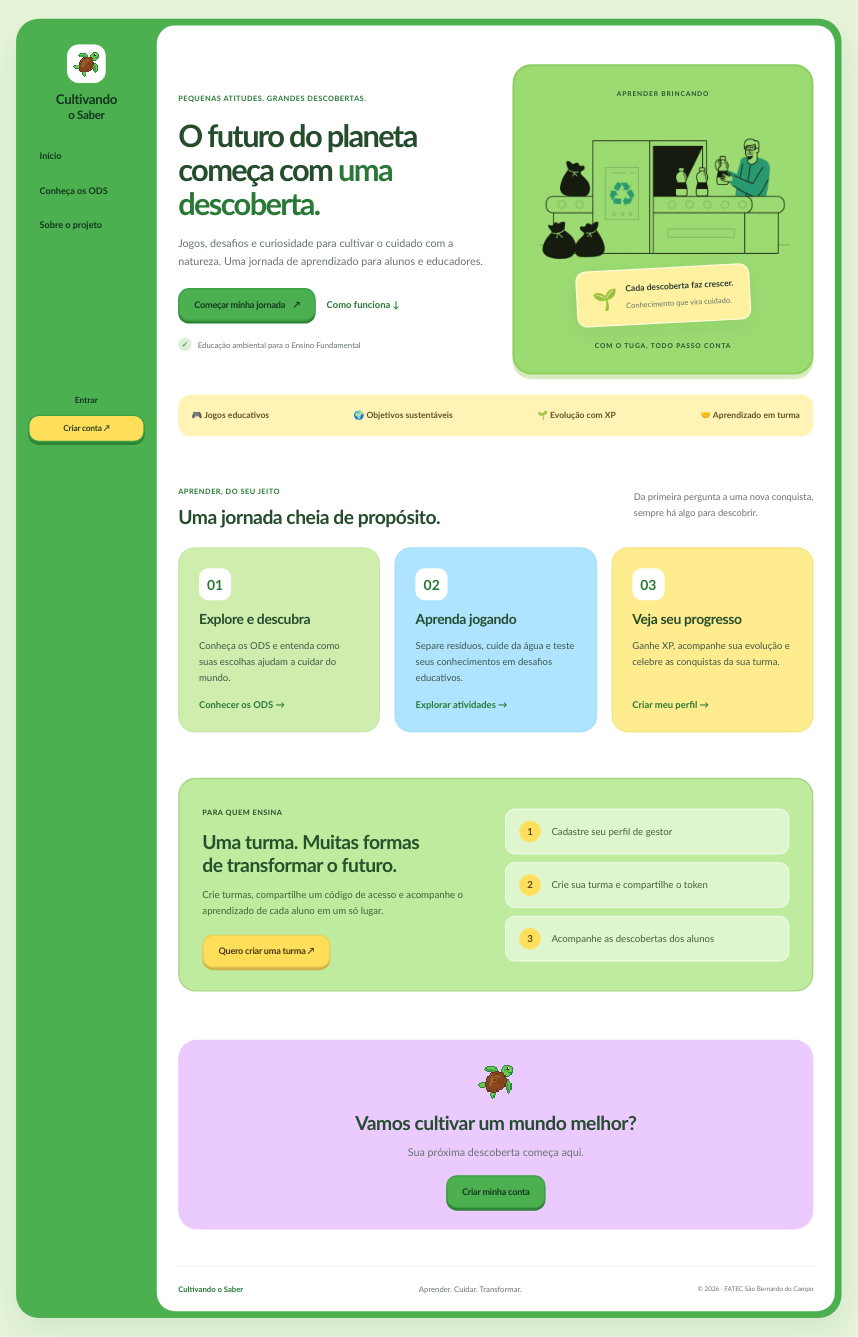
Repository: allerim-03/Jogo-ODS---TCC
Page: TCC-V4/TCC/public/pages/public/home.html
The author's editor kept a copy of each file at every save. The page is drawn from the files as they stood at one save, then again after the next save.
The browser window is 1280 px wide. The pictures show the whole page, at 67% of full size.

Above is the page before, as saved 2026-10-13 14:58:47.

After the next save:
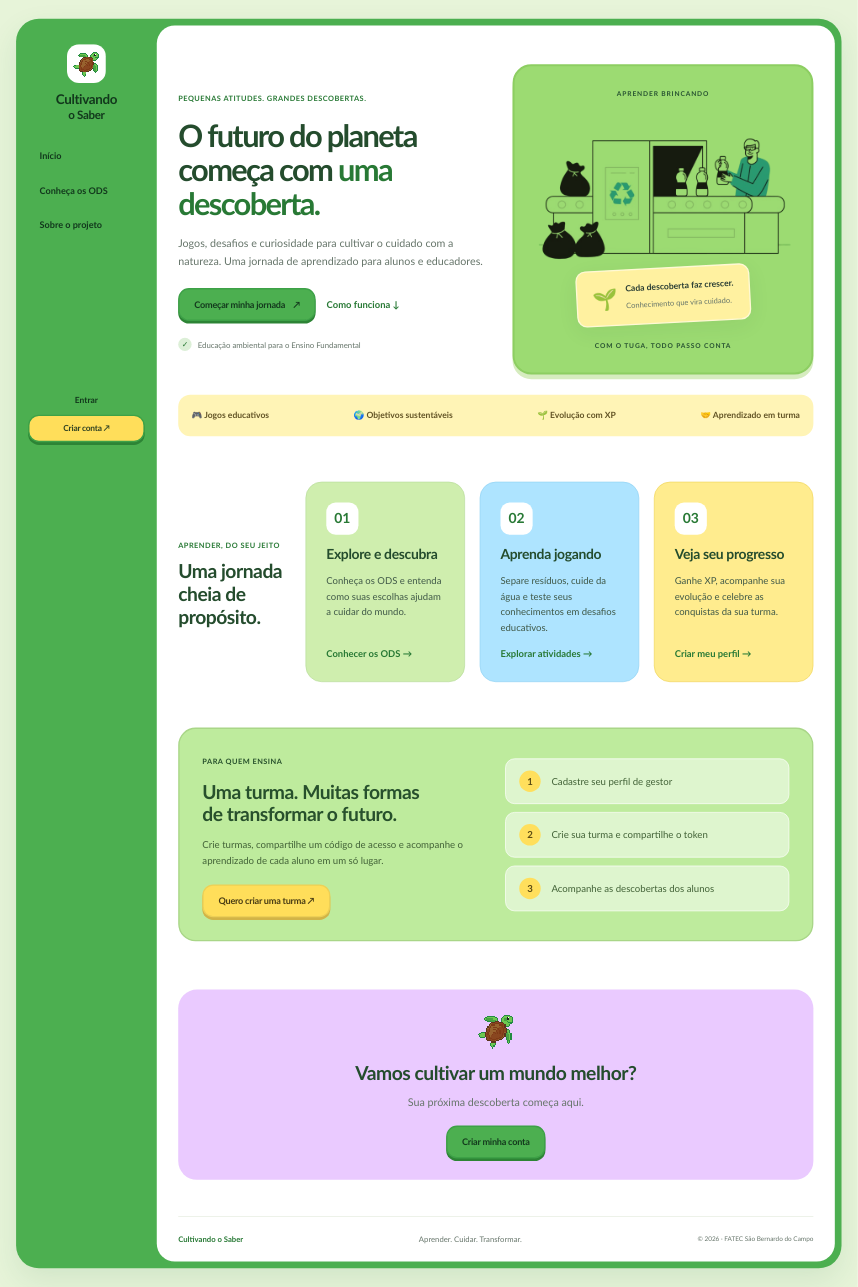
Saved 4 min 36 s later.
--- a/TCC-V4/TCC/public/pages/public/home.html
+++ b/TCC-V4/TCC/public/pages/public/home.html
@@ -14,7 +14,7 @@
  <div class="hero-art"><span class="orbit-label orbit-top">APRENDER BRINCANDO</span><img src="/assets/images/Home1.png" alt="Personagens do Cultivando o Saber em uma aventura na natureza"><div class="hero-art-caption"><span>🌱</span><div><strong>Cada descoberta faz crescer.</strong><small>Conhecimento que vira cuidado.</small></div></div><span class="orbit-label orbit-bottom">COM O TUGA, TODO PASSO CONTA</span></div>
 </section>
 <section class="pill-strip" aria-label="Pilares da plataforma"><span>🎮 Jogos educativos</span><span>🌍 Objetivos sustentáveis</span><span>🌱 Evolução com XP</span><span>🤝 Aprendizado em turma</span></section>
-<section class="landing-section" id="como-funciona"><div class="section-heading"><div><span class="eyebrow">APRENDER, DO SEU JEITO</span><h2>Uma jornada cheia de propósito.</h2></div><p>Da primeira pergunta a uma nova conquista,<br>sempre há algo para descobrir.</p></div>
+<section class="landing-section" id="como-funciona"><div class="section-heading"><div><span class="eyebrow">APRENDER, DO SEU JEITO</span><h2>Uma jornada cheia de propósito.</h2></div>
 <div class="feature-grid"><article class="feature-card green"><span class="feature-icon">01</span><h3>Explore e descubra</h3><p>Conheça os ODS e entenda como suas escolhas ajudam a cuidar do mundo.</p><a class="btn-text" href="/ods">Conhecer os ODS →</a></article><article class="feature-card blue"><span class="feature-icon">02</span><h3>Aprenda jogando</h3><p>Separe resíduos, cuide da água e teste seus conhecimentos em desafios educativos.</p><a class="btn-text" href="/entrar">Explorar atividades →</a></article><article class="feature-card yellow"><span class="feature-icon">03</span><h3>Veja seu progresso</h3><p>Ganhe XP, acompanhe sua evolução e celebre as conquistas da sua turma.</p><a class="btn-text" href="/cadastro/aluno">Criar meu perfil →</a></article></div></section>
 <section class="teacher-callout"><div><span class="eyebrow">PARA QUEM ENSINA</span><h2>Uma turma. Muitas formas<br>de transformar o futuro.</h2><p>Crie turmas, compartilhe um código de acesso e acompanhe o aprendizado de cada aluno em um só lugar.</p><a class="btn-principal" href="/cadastro/gestor">Quero criar uma turma ↗</a></div><div class="teacher-steps"><p><span>1</span> Cadastre seu perfil de gestor</p><p><span>2</span> Crie sua turma e compartilhe o token</p><p><span>3</span> Acompanhe as descobertas dos alunos</p></div></section>
 <section class="closing-note"><img src="/assets/images/TugaPqn.png" alt="Tuga, a tartaruga mascote"><h2>Vamos cultivar um mundo melhor?</h2><p>Sua próxima descoberta começa aqui.</p><a class="btn-principal" href="/cadastro">Criar minha conta</a></section>
